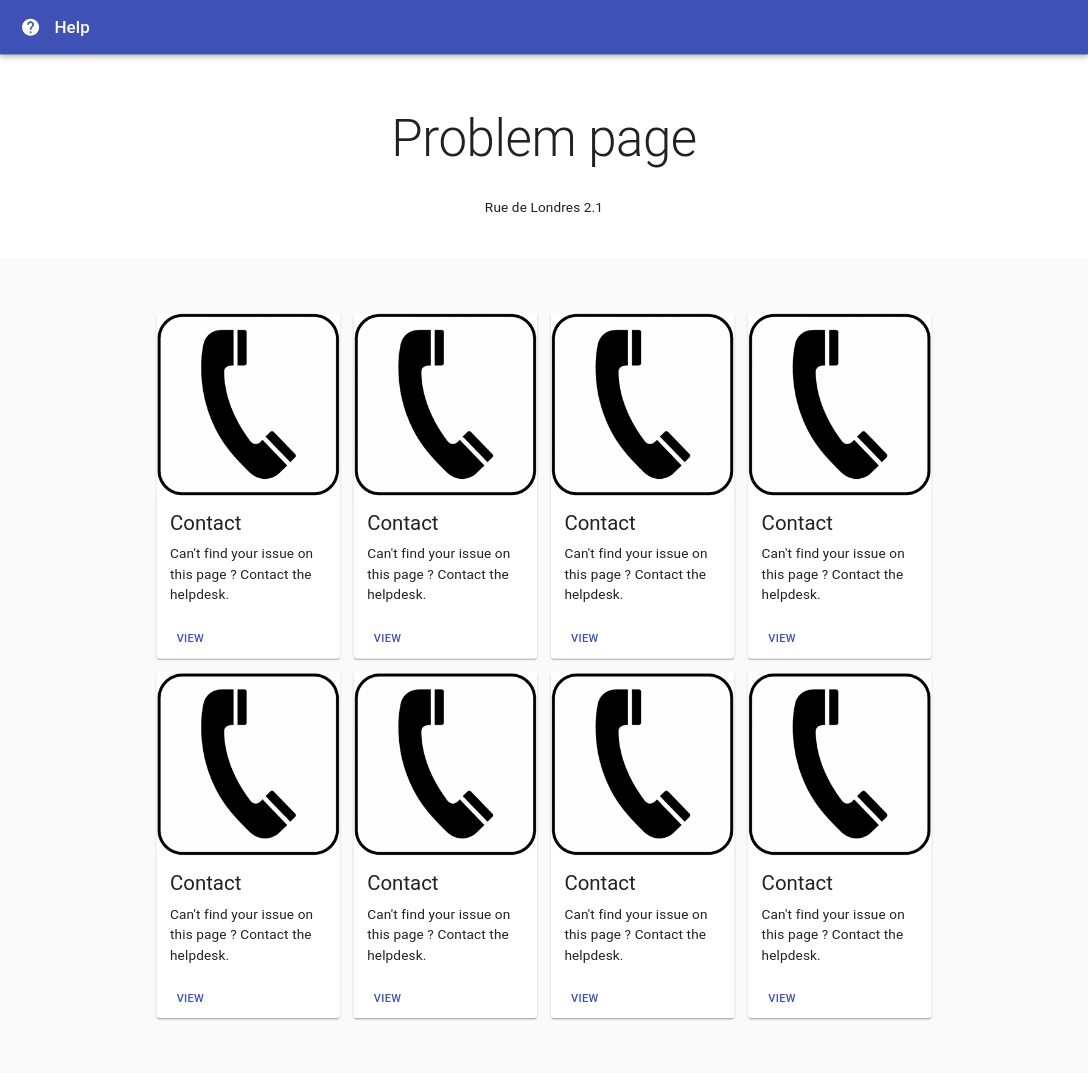
Repository: sapbrussels/intelligenthighway_webapp
Page: /Problempage (app in router/)
An editor plug-in stored every save of this project. The page is shown before and after the next save, followed by the edit.
The browser window is 1280 px wide. The pictures show the whole page, at 85% of full size.
The project was rebuilt for these pictures with package versions that can differ from the ones it lists, and the page was loaded fresh each time. Also part of the build but not shown: router/src/App.css, router/src/Login.js, router/src/Title.js, router/src/Maps.js, router/src/Jobspage.js, router/src/Direction.js, router/src/Maintenance.js, router/src/Help.js.

Above is the page before, as saved 2020-03-31 13:52:08.

### router/src/App.js
import React from 'react';
import {BrowserRouter, Route, Switch} from "react-router-dom";
import './App.css';
import Login from './Login';
import Jobspage from'./Jobspage';
import Maintenance from './Maintenance';
import Help from './Help';
import Problempage from './Problempage';

function App() {
  return (
    <BrowserRouter>
    <Switch>
     <Route path='/' exact component={Login}/>
     <Route path='/Jobspage' exact component={Jobspage}/>
     <Route path='/Maintenance' exact component={Maintenance}/>
     <Route path='/Help' exact component={Help}/>
     <Route path='/Problempage' exact component={Problempage}/>
     </Switch>
    </BrowserRouter>

  );
}

export default App;

### router/src/Problempage.js
import React from 'react';
import AppBar from '@material-ui/core/AppBar';
import Button from '@material-ui/core/Button';
import HelpIcon from '@material-ui/icons/Help';
import Card from '@material-ui/core/Card';
import { Link } from "react-router-dom";
import CardActions from '@material-ui/core/CardActions';
import CardContent from '@material-ui/core/CardContent';
import CardMedia from '@material-ui/core/CardMedia';
import CssBaseline from '@material-ui/core/CssBaseline';
import Grid from '@material-ui/core/Grid';
import Toolbar from '@material-ui/core/Toolbar';
import Typography from '@material-ui/core/Typography';
import { makeStyles } from '@material-ui/core/styles';
import Container from '@material-ui/core/Container';



const useStyles = makeStyles((theme) => ({
  icon: {
    marginRight: theme.spacing(2),
  },
  heroContent: {
    backgroundColor: theme.palette.background.paper,
    padding: theme.spacing(8, 0, 6),
  },
  heroButtons: {
    marginTop: theme.spacing(4),
  },
  cardGrid: {
    paddingTop: theme.spacing(8),
    paddingBottom: theme.spacing(8),
  },
  card: {
    height: '100%',
    display: 'flex',
    flexDirection: 'column',

  },
  cardMedia: {
    paddingTop: '100%', // 16:9
  },
  cardContent: {
    flexGrow: 1,
  },
  footer: {
    backgroundColor: theme.palette.background.paper,
    padding: theme.spacing(6),
  },
}));



export default function Album() {
  const classes = useStyles();

  return (
    <React.Fragment>
      <CssBaseline />
      <AppBar position="relative">
        <Toolbar>
          <HelpIcon className={classes.icon} />
          <Typography variant="h6" color="inherit" noWrap>
            Help
          </Typography>
        </Toolbar>
      </AppBar>
      <main>
        {/* Hero unit */}
        <div className={classes.heroContent}>
          <Container maxWidth="sm">
            <Typography component="h1" variant="h2" align="center" color="textPrimary" gutterBottom>
              Problem page
            </Typography>
            <div className={classes.heroButtons}>
              <Grid container spacing={2} justify="center">
                <Grid item>
                <Typography >
                 Rue de Londres 2.1
                </Typography>
                </Grid>
              </Grid>
            </div>
          </Container>
        </div>
        <Container className={classes.cardGrid} maxWidth="md">
          {/* End hero unit */}
            <Grid container spacing={2}>
            <Grid item xs={4}sm={3} >
                <Card className={classes.card}>
                  <CardMedia
                    className={classes.cardMedia}
                    image="contact.png"
                    title="Image title"
                  />
                  <CardContent className={classes.cardContent}>
                    <Typography gutterBottom variant="h5" component="h2">
                      Contact
                    </Typography>
                    <Typography>
                      Can't find your issue on this page ? Contact the helpdesk.
                    </Typography>
                  </CardContent>
                  <CardActions>
                    <Button size="small" color="primary">
                      View
                    </Button>
                  </CardActions>
                </Card>
              </Grid>
              <Grid item xs={4}sm={3} >
                <Card className={classes.card}>
                  <CardMedia
                    className={classes.cardMedia}
                    image="contact.png"
                    title="Image title"
                  />
                  <CardContent className={classes.cardContent}>
                    <Typography gutterBottom variant="h5" component="h2">
                      Contact
                    </Typography>
                    <Typography>
                      Can't find your issue on this page ? Contact the helpdesk.
                    </Typography>
                  </CardContent>
                  <CardActions>
                    <Button size="small" color="primary">
                      View
                    </Button>
                  </CardActions>
                </Card>
              </Grid>
              <Grid item xs={4}sm={3} >
                <Card className={classes.card}>
                  <CardMedia
                    className={classes.cardMedia}
                    image="contact.png"
                    title="Image title"
                  />
                  <CardContent className={classes.cardContent}>
                    <Typography gutterBottom variant="h5" component="h2">
                      Contact
                    </Typography>
                    <Typography>
                      Can't find your issue on this page ? Contact the helpdesk.
                    </Typography>
                  </CardContent>
                  <CardActions>
                    <Button size="small" color="primary">
                      View
                    </Button>
                  </CardActions>
                </Card>
              </Grid>
              <Grid item xs={4}sm={3} >
                <Card className={classes.card}>
                  <CardMedia
                    className={classes.cardMedia}
                    image="contact.png"
                    title="Image title"
                  />
                  <CardContent className={classes.cardContent}>
                    <Typography gutterBottom variant="h5" component="h2">
                      Contact
                    </Typography>
                    <Typography>
                      Can't find your issue on this page ? Contact the helpdesk.
                    </Typography>
                  </CardContent>
                  <CardActions>
                    <Button size="small" color="primary">
                      View
                    </Button>
                  </CardActions>
                </Card>
              </Grid>
              <Grid item xs={4}sm={3} >
                <Card className={classes.card}>
                  <CardMedia
                    className={classes.cardMedia}
                    image="contact.png"
                    title="Image title"
                  />
                  <CardContent className={classes.cardContent}>
                    <Typography gutterBottom variant="h5" component="h2">
                      Contact
                    </Typography>
                    <Typography>
                      Can't find your issue on this page ? Contact the helpdesk.
                    </Typography>
                  </CardContent>
                  <CardActions>
                    <Button size="small" color="primary">
                      View
                    </Button>
                  </CardActions>
                </Card>
              </Grid>

              <Grid item xs={4}sm={3} >
                <Card className={classes.card}>
                  <CardMedia
                    className={classes.cardMedia}
                    image="contact.png"
                    title="Image title"
                  />
                  <CardContent className={classes.cardContent}>
                    <Typography gutterBottom variant="h5" component="h2">
                      Contact
                    </Typography>
                    <Typography>
                      Can't find your issue on this page ? Contact the helpdesk.
                    </Typography>
                  </CardContent>
                  <CardActions>
                    <Button size="small" color="primary">
                      View
                    </Button>
                  </CardActions>
                </Card>
              </Grid>
              <Grid item xs={4}sm={3} >
                <Card className={classes.card}>
                  <CardMedia
                    className={classes.cardMedia}
                    image="contact.png"
                    title="Image title"
                  />
                  <CardContent className={classes.cardContent}>
                    <Typography gutterBottom variant="h5" component="h2">
                      Contact
                    </Typography>
                    <Typography>
                      Can't find your issue on this page ? Contact the helpdesk.
                    </Typography>
                  </CardContent>
                  <CardActions>
                    <Button size="small" color="primary">
                      View
                    </Button>
                  </CardActions>
                </Card>
              </Grid>
              <Grid item xs={4}sm={3} >
                <Card className={classes.card}>
                  <CardMedia
                    className={classes.cardMedia}
                    image="contact.png"
                    title="Image title"
                  />
                  <CardContent className={classes.cardContent}>
                    <Typography gutterBottom variant="h5" component="h2">
                      Contact
                    </Typography>
                    <Typography>
                      Can't find your issue on this page ? Contact the helpdesk.
                    </Typography>
                  </CardContent>
                  <CardActions>
                    <Button size="small" color="primary">
                      View
                    </Button>
                  </CardActions>
                </Card>
              </Grid>
            </Grid>
          </Container>
      </main>
    </React.Fragment>
  );
}

### router/src/listItems.js
import React from 'react';
import ListItem from '@material-ui/core/ListItem';
import ListItemIcon from '@material-ui/core/ListItemIcon';
import ListItemText from '@material-ui/core/ListItemText';
import DashboardIcon from '@material-ui/icons/Dashboard';
import ShoppingCartIcon from '@material-ui/icons/ShoppingCart';
import PeopleIcon from '@material-ui/icons/People';
import { Link } from "react-router-dom";

export const mainListItems = (
  <div>
        <ListItem >
          <ListItemIcon>
            <DashboardIcon />
          </ListItemIcon>
          <ListItemText  primary="jobs page" />
        </ListItem>
      <Link to='/Maintenance'>
          <ListItem button>
          <ListItemIcon>
            <ShoppingCartIcon />
          </ListItemIcon>
          <ListItemText primary="History" />
        </ListItem></Link>
      <Link to='/Help'>
          <ListItem button>
          <ListItemIcon>
            <PeopleIcon />
          </ListItemIcon>
          <ListItemText primary="help" />
        </ListItem></Link>
  </div>
);

### router/src/LightStatus.js
import React from 'react';
import Link from '@material-ui/core/Link';
import { makeStyles } from '@material-ui/core/styles';
import Table from '@material-ui/core/Table';
import TableBody from '@material-ui/core/TableBody';
import TableCell from '@material-ui/core/TableCell';
import TableHead from '@material-ui/core/TableHead';
import TableRow from '@material-ui/core/TableRow';
import Rectangle from 'react-rectangle';
import Title from './Title';



// Generate Order Data
function createData(id, street_light, status,light) {
  return { street_light, status, light};
}

const rows = [
  createData(0, 'Boulevard Avroy 1.9', 'ON', <Rectangle aspectRatio={[3,3]}>
  <div style={{ background: '#008000',  width: '40%', height: '40%' }} />
</Rectangle>),
  createData(1, 'Rue de Londres 2.1', 'OFF',<Rectangle aspectRatio={[3,3]}>
  <div style={{ background: '#FFFFFF', width: '40%', height: '40%' }} />
</Rectangle>),
  createData(2, 'Rue de Londres 2.3', 'X',<Rectangle aspectRatio={[3,3]}>
  <div style={{ background: '#FF0000', width: '40%', height: '40%' }} />
</Rectangle>),
];

function preventDefault(event) {
  event.preventDefault();
}

const useStyles = makeStyles((theme) => ({
  seeMore: {
    marginTop: theme.spacing(3),
    padding: '20px',
    borderRadius:'10px',
  },
}));

export default function LightStatus() {
  const classes = useStyles();
  return (
    <React.Fragment>
      <Title>Light status</Title>
      <Table size="small">
        <TableHead>
          <TableRow>
            <TableCell>street light</TableCell>
            <TableCell>status</TableCell>
            <TableCell></TableCell>
          </TableRow>
        </TableHead>
        <TableBody>
          {rows.map((row) => (
            <TableRow key={row.id}>
              <TableCell>{row.street_light}</TableCell>
              <TableCell> {row.status}</TableCell>
              <TableCell> {row.light}</TableCell>
            </TableRow>
          ))}
        </TableBody>
      </Table>
      <div className={classes.seeMore}>
        <Link color="primary" href="#" onClick={preventDefault}>
          See more lights
        </Link>
      </div>
    </React.Fragment>
  );
}

### router/src/Jobslist.js
import React from 'react';
import {Link} from 'react-router-dom';
import { makeStyles } from '@material-ui/core/styles';
import Table from '@material-ui/core/Table';
import TableBody from '@material-ui/core/TableBody';
import TableCell from '@material-ui/core/TableCell';
import TableHead from '@material-ui/core/TableHead';
import TableRow from '@material-ui/core/TableRow';
import Title from './Title';

// Generate Order Data
function createData(id, location, job, accept, info) {
  return { id, location, job, accept, info };
}

const rows = [
    createData(0, 'Boulevard Avroy 1.9', 'Maintenance',<Link to="/Maintenance"><button>Accept</button></Link>),
    createData(1, 'Rue de Londres 2.1', 'Fix issue',<button>Accept</button>, <Link to="/Problempage"><button>find more info</button></Link>),
];

function preventDefault(event) {
  event.preventDefault();
}

const useStyles = makeStyles((theme) => ({
  seeMore: {
    marginTop: theme.spacing(3),
    padding: '20px',
    borderRadius:'10px',
  },
}));

    export default function Jobslist() {
    const classes = useStyles();
    return (
        <React.Fragment>
        <Title>jobs available</Title>
        <Table size="small">
            <TableHead>
            <TableRow>
                <TableCell>location</TableCell>
                <TableCell>job</TableCell>
                <TableCell>Accept the job</TableCell>
                <TableCell>More info</TableCell>
            </TableRow>
            </TableHead>
            <TableBody>
            {rows.map((row) => (
                <TableRow key={row.id}>
                <TableCell>{row.location}</TableCell>
                <TableCell>{row.job}</TableCell>
                <TableCell>{row.accept}</TableCell>
                <TableCell>{row.info}</TableCell>
                </TableRow>
            ))}
            </TableBody>
        </Table>
        <div className={classes.seeMore}>
            <Link color="primary" href="#" onClick={preventDefault}>
            See more orders
            </Link>
        </div>
        </React.Fragment>
    );
}

### router/src/Checklist.js
import React from 'react';
import Link from '@material-ui/core/Link';
import { makeStyles } from '@material-ui/core/styles';
import Table from '@material-ui/core/Table';
import TableBody from '@material-ui/core/TableBody';
import TableCell from '@material-ui/core/TableCell';
import TableHead from '@material-ui/core/TableHead';
import TableRow from '@material-ui/core/TableRow';
import Title from './Title';
import { Checkbox } from '@material-ui/core';

// Generate Order Data
function createData(id, check, tasks) {
  return { id, check, tasks };
}

const rows = [
  createData(0, <Checkbox></Checkbox>,'Turn all switches OFF & ON to stop dust build up'),
  createData(1, <Checkbox></Checkbox>,'turn all circuit-breakers OFF and reset'),
  createData(2, <Checkbox></Checkbox>,'Check for high resistance joints'),
  createData(3, <Checkbox></Checkbox>,'clean PE cell faces then cover to test functionnality'),
  createData(4, <Checkbox></Checkbox>,'check MEN and earthing'),
  createData(0, <Checkbox></Checkbox>,'Luminaire cleaning and inspection'),
  createData(1, <Checkbox></Checkbox>,'Inspect for any sign of vermin damage in the cabinet'),
  createData(2, <Checkbox></Checkbox>,'Remove grafitit on cabinet'),
  createData(3, <Checkbox></Checkbox>,'Trim all trees that interfere with solar-panels and light output of lulinaires'),
  createData(4, <Checkbox></Checkbox>,'Check all support structures for their integreties'),
  createData(3, <Checkbox></Checkbox>,'Installation, maintenance and replacement of post indentification label'),
  createData(4, <Checkbox></Checkbox>,'Installation, maintenace and replacement of supply point indentification labels'),
];


const useStyles = makeStyles((theme) => ({
  seeMore: {
    marginTop: theme.spacing(3),

  },
}));

export default function Orders() {
  const classes = useStyles();
  return (
    <React.Fragment>
      <Title>Maintenance checklist</Title>
      <Table size="small">
        <TableHead>
          <TableRow>
            <TableCell></TableCell>
            <TableCell>tasks</TableCell>

          </TableRow>
        </TableHead>
        <TableBody>
          {rows.map((row) => (
            <TableRow key={row.id}>
              <TableCell>{row.check}</TableCell>
              <TableCell>{row.tasks}</TableCell>
            </TableRow>
          ))}
        </TableBody>
      </Table>
      <div className={classes.seeMore}>
        <Link><button>Finished</button></Link>
      </div>
    </React.Fragment>
  );
}

Loaded but not shown: router/public/index.html (common file); router/src/index.js (common file); router/src/index.css (common file); router/src/serviceWorker.js (common file)

After the next save:
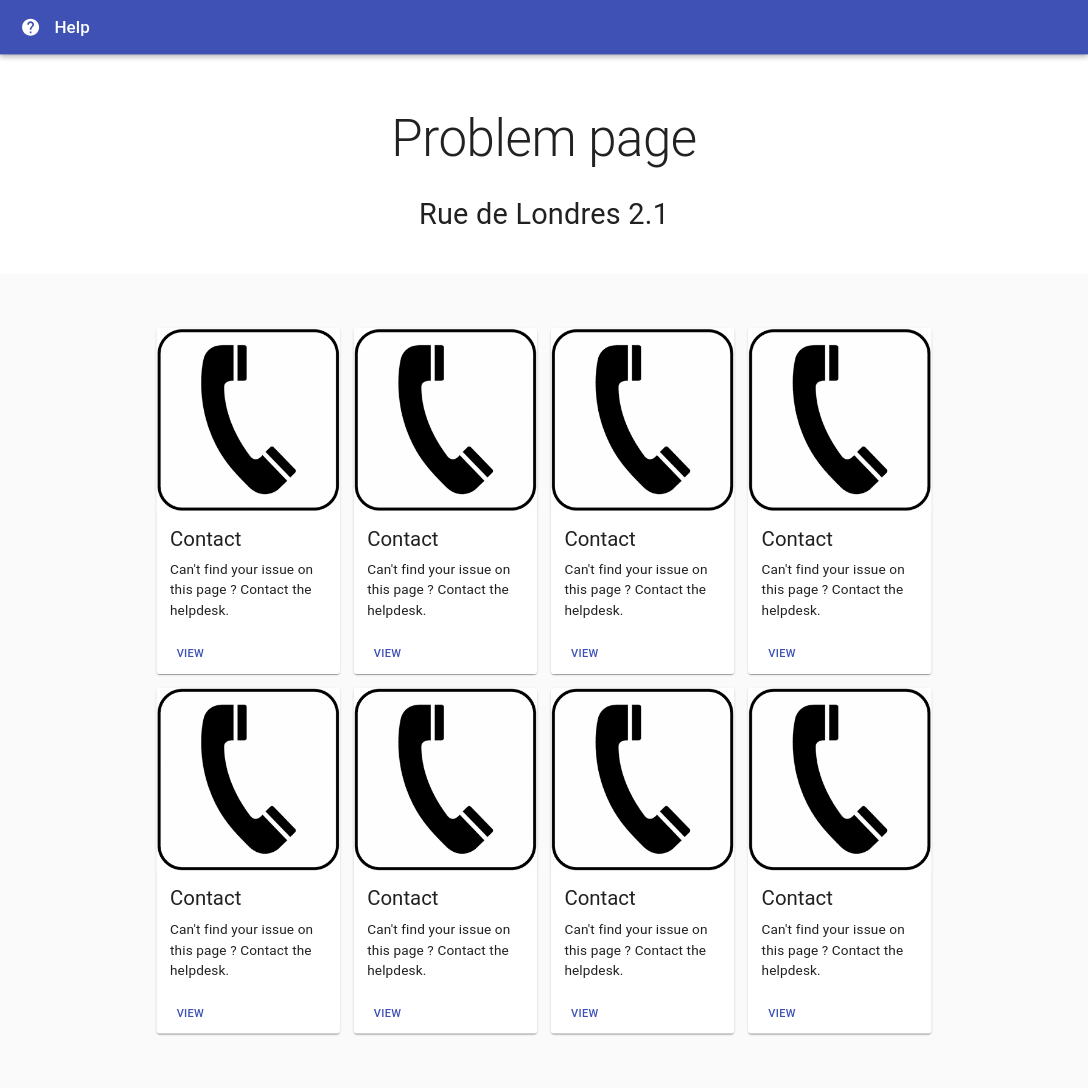
Saved 102 s later.
--- a/router/src/Problempage.js
+++ b/router/src/Problempage.js
@@ -75,7 +75,7 @@ export default function Album() {
             <div className={classes.heroButtons}>
               <Grid container spacing={2} justify="center">
                 <Grid item>
-                <Typography >
+                <Typography variant="h4">
                  Rue de Londres 2.1
                 </Typography>
                 </Grid>
